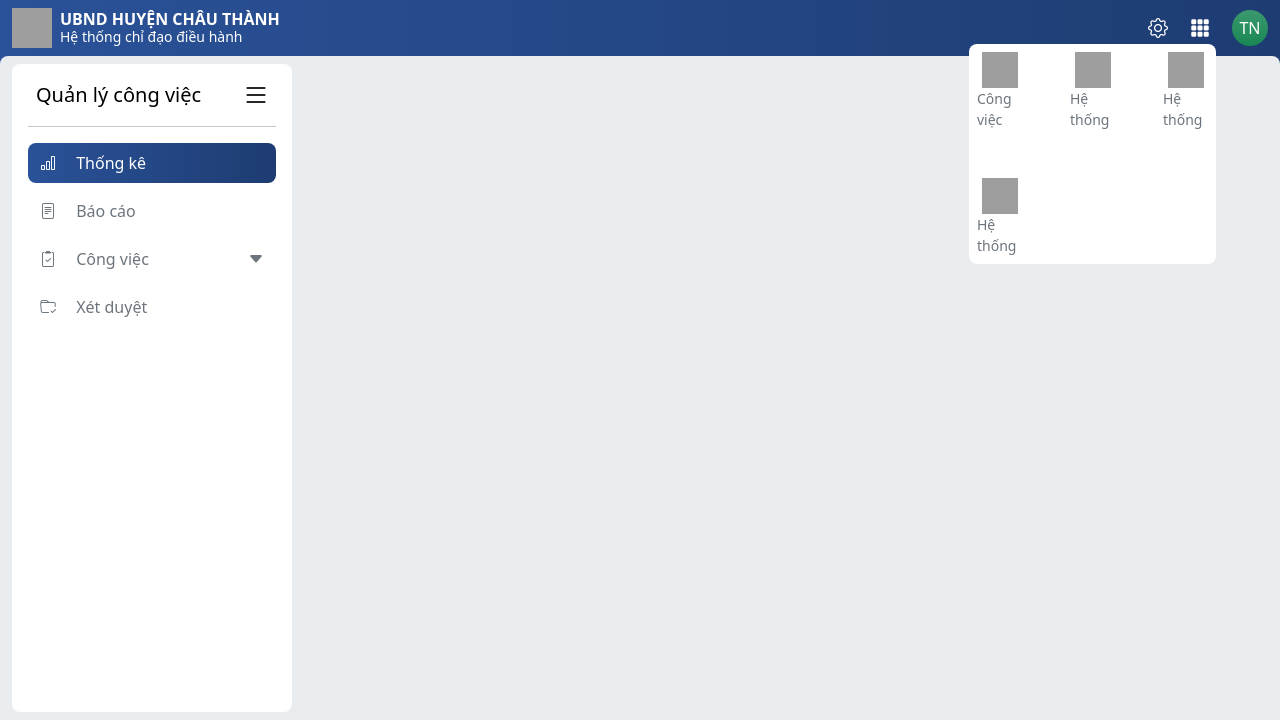
Repository: mys-pro/DATT-HeThongChiDaoDieuHanh
Page: index.html
These files come from the project's save history. The page is drawn as it stood at one moment and after the next save; the edit follows.
The browser window is 1280 px wide. The pictures show the whole page.
Pictures or frames that could not be fetched are drawn as grey boxes.

Above is the page before, as saved 2024-04-21 15:15:18.

### index.html
<!DOCTYPE html>
<html lang="en">

<head>
    <meta charset="UTF-8">
    <meta name="viewport" content="width=device-width, initial-scale=1.0">
    <link rel="icon" href="./Assets/Image/icon.png" />
    <title>Hệ thống chỉ đạo điều hành</title>
    <link rel="stylesheet" href="./Bootstrap/bootstrap-icons-1.11.3/font/bootstrap-icons.min.css">
    <link rel="stylesheet" href="./Bootstrap/bootstrap-5.3.3-dist/css/bootstrap.min.css">
    <link rel="stylesheet" href="./Assets/css/Styles.css">
    <script src="./Assets/js/jquery-3.7.1.min.js"></script>
    <script src="./Bootstrap/bootstrap-5.3.3-dist/js/bootstrap.bundle.min.js"></script>
    <script src="./Assets/js/script.js"></script>
</head>

<body>
    <div class="app">
        <header class="header">
            <nav class="header__navbar navbar">
                <div class="header__navbar-container container-fluid">
                    <a href="#" class="header__navbar-logo navbar-brand p-0 d-flex">
                        <img class="header__navbar-img" src="./Assets/Image/Logo.png" alt="">
                        <div class="header__navbar-name mx-2 text-white align-content-center">
                            <h6 class="fw-bold p-0 m-0">UBND HUYỆN CHÂU THÀNH</h6>
                            <h6 class="fw-normal p-0 m-0">Hệ thống chỉ đạo điều hành</h6>
                        </div>
                    </a>

                    <ul class="header__navbar-list list-inline p-0 m-0 d-flex">
                        <li class="header__navbar-item ms-3 align-content-center">
                            <a class="border-0 bg-transparent rounded-circle text-white">
                                <i class="bi bi-gear fs-5"></i>
                            </a>
                        </li>
                        <li class="header__navbar-item ms-3 align-content-center position-relative">
                            <button type="button" class="border-0 bg-transparent rounded-circle text-white"
                                id="dropdown-apps">
                                <i class="bi bi-grid-3x3-gap-fill fs-5"></i>
                            </button>
                            <div class="list-apps bg-white rounded-3 position-absolute p-2">
                                <div class="row row-cols-3 g-5">
                                    <div class="col">
                                        <a href="#" class="text-decoration-none text-secondary d-flex flex-column align-items-center">
                                            <img src="./Assets/Image/task-icon.png" alt="" width="36px" height="36px">
                                            Công việc
                                        </a>
                                    </div>
                                    <div class="col">
                                        <a href="#" class="text-decoration-none text-secondary d-flex flex-column align-items-center">
                                            <img src="./Assets/Image/admin-icon.png" alt="" width="36px" height="36px">
                                            Hệ thống
                                        </a>
                                    </div>
                                    <div class="col">
                                        <a href="#" class="text-decoration-none text-secondary d-flex flex-column align-items-center">
                                            <img src="./Assets/Image/admin-icon.png" alt="" width="36px" height="36px">
                                            Hệ thống
                                        </a>
                                    </div>
                                    <div class="col">
                                        <a href="#" class="text-decoration-none text-secondary d-flex flex-column align-items-center">
                                            <img src="./Assets/Image/admin-icon.png" alt="" width="36px" height="36px">
                                            Hệ thống
                                        </a>
                                    </div>
                                </div>
                            </div>
                        </li>
                        <li class="header__navbar-item ms-3">
                            <div
                                class="header__navbar-avatar border-0 bg-success bg-gradient rounded-circle text-white text-center align-content-center">
                                TN</div>
                        </li>
                    </ul>
                </div>
            </nav>
        </header>

        <div class="app__container bg-body-secondary rounded-top-3 py-2">
            <div class="container-fluid">
                <div class="sidebar bg-white rounded-3 p-3 open">
                    <div class="side__bar-tile d-flex position-relative">
                        <span class="ms-2 text-black fs-5 text-nowrap">Quản lý công việc</span>
                        <button type="button"
                            class="sidebar__collapse-btn border-0 bg-white position-absolute text-end end-0">
                            <i class="bi bi-list"></i>
                        </button>
                    </div>
                    <hr>

                    <ul class="sidebar-list list-unstyled p-0 m-0">
                        <li class="sidebar-item mb-2">
                            <a href="#" class="rounded-3 text-secondary text-nowrap d-block active">
                                <i class="bi bi-bar-chart me-3"></i>
                                <span>Thống kê</span>
                            </a>
                        </li>

                        <li class="sidebar-item mb-2">
                            <a href="#" class="rounded-3 text-secondary text-nowrap d-block">
                                <i class="bi bi-file-text me-3"></i>
                                <span>Báo cáo</span>
                            </a>
                        </li>

                        <li class="sidebar-item mb-2">
                            <a href="#" class="position-relative rounded-3 text-secondary text-nowrap d-block collapsed"
                                data-bs-toggle="collapse" data-bs-target="#sidebarToggleExternalContent">
                                <i class="bi bi-clipboard2-check me-3"></i>
                                <span>Công việc</span>
                                <i class="bi bi-caret-down-fill"></i>
                            </a>

                            <ul class="sidebar-list-child collapse list-inline text-secondary text-nowrap"
                                id="sidebarToggleExternalContent">
                                <li class="sidebar-item-child mt-2">
                                    <a href="#"
                                        class="text-secondary rounded-3 text-nowrap d-block d-flex justify-content-between align-items-center active">
                                        Tất cả
                                        <span class="badge text-bg-danger rounded-pill">1</span>
                                    </a>
                                </li>
                                <li class="sidebar-item-child mt-2">
                                    <a href="#"
                                        class="text-secondary rounded-3 text-nowrap d-block d-flex justify-content-between align-items-center">
                                        Dự thảo
                                        <span class="badge text-bg-danger rounded-pill">1</span>
                                    </a>
                                </li>
                                <li class="sidebar-item-child mt-2">
                                    <a href="#"
                                        class="text-secondary rounded-3 text-nowrap d-block d-flex justify-content-between align-items-center">
                                        Hoàn thành
                                        <span class="badge text-bg-danger rounded-pill">1</span>
                                    </a>
                                </li>
                                <li class="sidebar-item-child mt-2">
                                    <a href="#"
                                        class="text-secondary rounded-3 text-nowrap d-block d-flex justify-content-between align-items-center">
                                        Chờ phê duyệt
                                        <span class="badge text-bg-danger rounded-pill">1</span>
                                    </a>
                                </li>
                                <li class="sidebar-item-child mt-2">
                                    <a href="#"
                                        class="text-secondary rounded-3 text-nowrap d-block d-flex justify-content-between align-items-center">
                                        Làm lại
                                        <span class="badge text-bg-danger rounded-pill">1</span>
                                    </a>
                                </li>
                                <li class="sidebar-item-child mt-2">
                                    <a href="#"
                                        class="text-secondary rounded-3 text-nowrap d-block d-flex justify-content-between align-items-center">
                                        Bị hủy
                                        <span class="badge text-bg-danger rounded-pill">1</span>
                                    </a>
                                </li>
                            </ul>
                        </li>

                        <li class="sidebar-item mb-2">
                            <a href="#" class="rounded-3 text-secondary text-nowrap d-block">
                                <i class="bi bi-folder-check me-3"></i>
                                <span>Xét duyệt</span>
                            </a>
                        </li>
                    </ul>
                </div>
            </div>
        </div>
    </div>
</body>

</html>

### Assets/css/Styles.css
:root {
    --primary-color: #2a5298;
    --primary-gradient-color: linear-gradient(to left, #1e3c72, #2a5298);
    --bs-body-color: #212529;
}

body {
    overflow: auto;
}

.col-0 {
    display: none;
}

.app {
    background-image: var(--primary-gradient-color);
}
/* ======Navbar====== */
.header__navbar-img {
    width: 40px;
    height: 40px;
}

.header__navbar-name h6:first-child {
    font-size: 16px;
}

.header__navbar-name h6:last-child {
    font-size: 14px;
}

.header__navbar-avatar {
    width: 36px;
    height: 36px;
}

.header__navbar-item a {
    cursor: pointer;
}

.header__navbar-item span {
    top: 25%;
    right: -15px;
}

.list-apps {
    width: 247px;
    right: 0;
    font-size: 14px;
}

/* ======Sidebar====== */
.sidebar {
    --height: calc(100vh - 56px - 16px);
    min-height: var(--height);
    width: 72px;
    transition: all .2s ease-out;
}

.sidebar.open {
    width: 280px;
}

.sidebar a {
    padding: 8px 12px;
    text-decoration: none;
    overflow: hidden;
}

.sidebar span {
    overflow: hidden;
}

.sidebar__collapse-btn {
    font-size: 28px;
    line-height: 0;
}

.sidebar-list-child {
    overflow: hidden;
}

.sidebar-item > a:hover {
    background-color: rgba(0, 0, 0, 0.05) !important;
}

.sidebar-item > a:active {
    background-color: rgba(0, 0, 0, 0.1) !important;
}

.sidebar-item > a.active {
    background-image: var(--primary-gradient-color);
    color: white !important;
}

.sidebar:not(.open) .sidebar-list-child {
    display: none;
}

.sidebar-item > a[data-bs-toggle="collapse"].collapsed > i:last-child {
    position: absolute;
    right: 12px;
    top: 0.5rem;
    transform: rotate(0deg);
    transition: all .2s ease-out;
}

.sidebar-item > a[data-bs-toggle="collapse"] > i:last-child {
    position: absolute;
    right: 12px;
    top: 0.5rem;
    transform: rotate(180deg);
    transition: all .2s ease-out;
}

.sidebar:not(.open) .sidebar-item > a[data-bs-toggle="collapse"] > i:last-child {
    display: none;
}

.sidebar-item-child > a:not(.active):hover {
    background-color: rgba(0, 0, 0, 0.05) !important;
}

.sidebar-item-child > a:not(.active):active,
.sidebar-item-child > a.active {
    background-color: rgba(0, 0, 0, 0.1) !important;
}

@media (max-width: 576px) {
    .sidebar {
        display: none;
    }

    .header__navbar-list {
        display: none !important;
    }
}

### Assets/js/script.js
$(document).ready(function() {
    $('.sidebar__collapse-btn').click(function() {
        $(".sidebar").toggleClass("open");
    });

    $('.sidebar-item > a').click(function() {
        $('.sidebar-item > a').removeClass("active");
        $(this).addClass("active");
        $('#sidebarToggleExternalContent').collapse('hide');
    });

    $('.sidebar-item > a[data-bs-toggle="collapse"]').click(function() {
        $('.sidebar-item-child > a').removeClass("active");
        $('.sidebar-item-child > a:first').addClass("active");
      });

    $('.sidebar-item-child > a').click(function() {
        $('.sidebar-item-child > a').removeClass("active");
        $(this).addClass("active");
    });
});

Loaded but not shown: library/Bootstrap/bootstrap-icons-1.11.3/font/bootstrap-icons.min.css (library); library/Bootstrap/bootstrap-5.3.3-dist/css/bootstrap.min.css (library); Public/js/jquery-3.7.1.min.js (library); library/Bootstrap/bootstrap-5.3.3-dist/js/bootstrap.bundle.min.js (library)

After the next save:
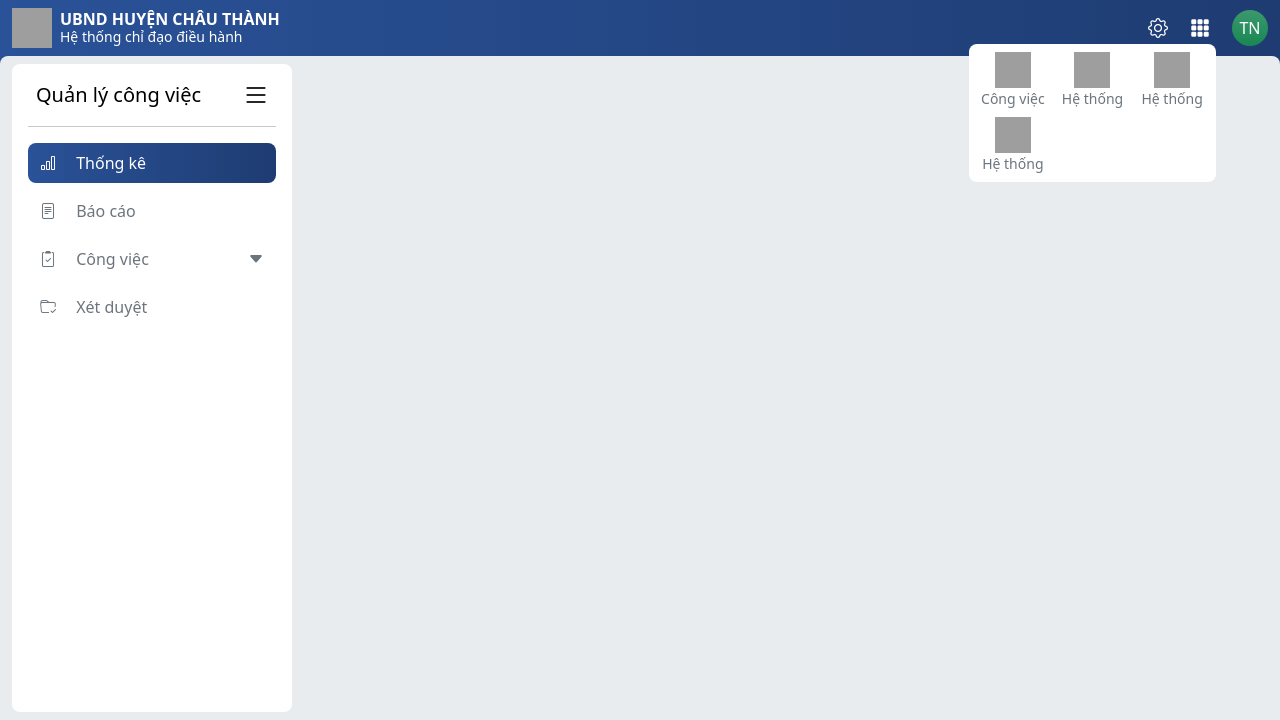
Saved 7 s later.
--- a/index.html
+++ b/index.html
@@ -39,7 +39,7 @@
                                 <i class="bi bi-grid-3x3-gap-fill fs-5"></i>
                             </button>
                             <div class="list-apps bg-white rounded-3 position-absolute p-2">
-                                <div class="row row-cols-3 g-5">
+                                <div class="row row-cols-3 g-2">
                                     <div class="col">
                                         <a href="#" class="text-decoration-none text-secondary d-flex flex-column align-items-center">
                                             <img src="./Assets/Image/task-icon.png" alt="" width="36px" height="36px">
